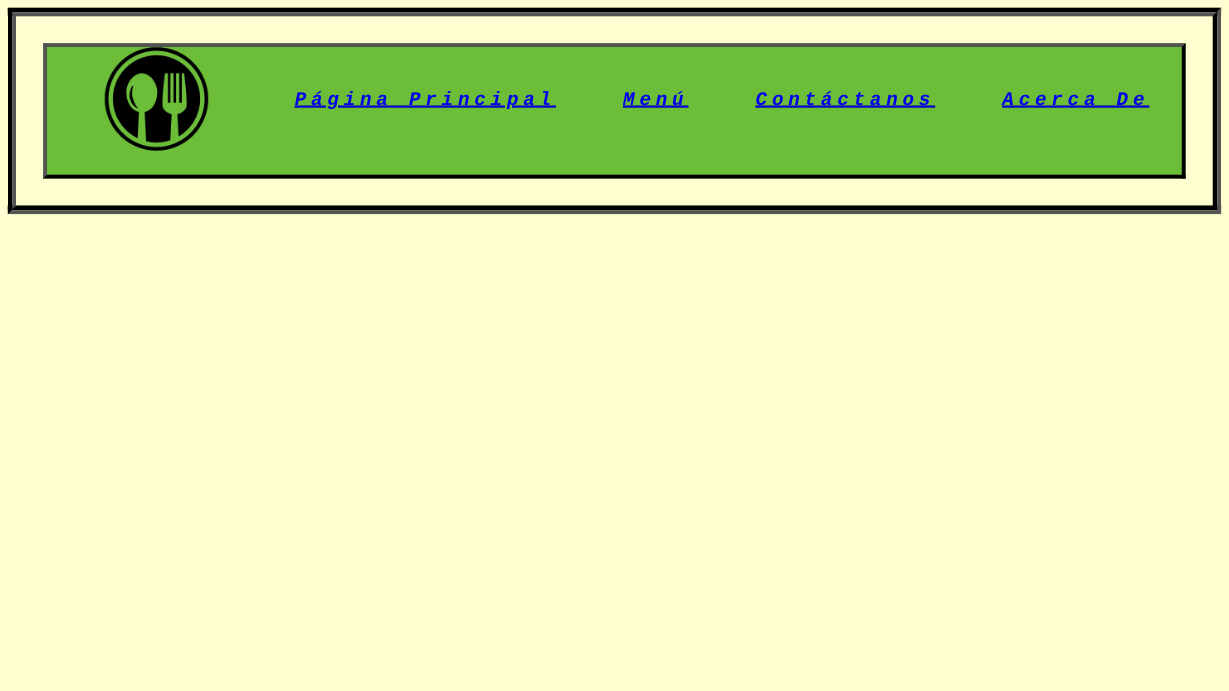
Repository: UVMCoyoacan/eq06_sitio1
Page: Carpeta docs/acercade.html
The author's editor kept a copy of each file at every save. The page is drawn from the files as they stood at one save, then again after the next save.
The browser window is 1280 px wide. The pictures show the whole page, at 96% of full size.

Above is the page before, as saved 2024-03-08 10:34:08.

### Carpeta docs/acercade.html
<!DOCTYPE html>
<html>
    <head>
        <link rel="stylesheet" href="../Carpeta estilos/estilo1.css"/>
        <meta charset="utf-8" />
    </head>
    <body>
        <header id="parte_inicial" role="banner">
            <div class="encabezado" style="display: flex;   flex-wrap: wrap;">
                    <div style="flex-wrap:wrap ;">
                    <img width="108" height="108" src="../Carpeta ims/tres.png" onclick="redirigirIndex()" style="text-align: left; cursor:pointer;";>
                    </div>
            <div style="display: flex;   flex-wrap: wrap;">
            <ul >
                <li><a href="../index.html">Página principal</a></li>
                <li><a href="menu.html">Menú</a></li>
                <li><a href="contactos.html">Contáctanos</a></li>
                <li style="float:right"><a class="active" href="#">Acerca de</a></li>
            </ul>
        </div>
            </div>

        </header>
    </body>
    <script src="../Carpeta js/js1.js">
    </script>
</html>

### Carpeta estilos/estilo1.css
body{
  background-color:#fefec0be;
  font-size:20px;
  font-family:Courier;
  font-weight:bold;
  font-style:normal;
  line-height:30px;
  letter-spacing:5px;
  padding: 28px;
  text-transform:capitalize;
  text-align:left;
  text-indent:30px;
  border-style:groove;
  border-color: #000000;
  border-width: .8ch;


}
header{
  background-color:#6cbe39;
  font-size:20px;
  font-family:Courier;
  font-weight:bold;
  font-style:italic;
  line-height:60px;
  letter-spacing:5px;
  text-transform:capitalize;
  text-align:left;
  text-indent:60px;
  border-style: outset;
  border-color: #000000;
  border-width: .4ch;

}
li {
  display: inline;
  float: left;
  background-color:#6cbe39;
  font-size:20px;
  font-family:Courier;
  font-weight:bold;
  font-style:oblique;
  line-height:30px;
  letter-spacing:5px;
  text-decoration:underline;
  text-transform:capitalize;
  text-align:left;
  text-indent:30px;
  border-style:inherit;
  border-color: #303130;
  padding: 12px;
}


a {
  display: block;
  padding: 8px;
  background-color:#6cbe39;
}
.active {
  background-color:transparent;

}

#titulo{
  text-decoration: overline underline;
  font-size:30px;
  font-style:oblique;

}

p{

    font-size: 30px;
    font-family: Courier;
    font-weight: bold;
    font-style:italic;
    line-height: 30px;
    letter-spacing: 5px;
    text-transform: capitalize;
    text-align: left;
    text-indent: 30px;
    margin-left: auto;
    color: #2e2e2e;
      background-color: #ffffff;


    }

  ol{

      font-size: 20px;
      font-family: Courier;
      font-weight:200;
      font-style: normal;
      line-height: 30px;
      letter-spacing: 5px;
      text-transform: capitalize;
      text-align: left;
      text-indent: 30px;
      color: #2e2e2e;
      padding-left: 40px;
    }
    h1{
      font-size: 30px;
      font-family: Courier;
      font-weight: bold;
      font-style:italic;
      line-height: 30px;
      letter-spacing: 5px;
      text-transform: capitalize;
      text-align: left;
      text-indent: 30px;
      margin-left: auto;
      color: #2e2e2e;
        background-color: #b3e64c;
    }
    h2 {
      font-size: 30px;
      font-family: Arial, sans-serif;
      font-weight: bold;
      font-style: normal;
      line-height: 1.5;
      letter-spacing: 1px;
      text-transform: uppercase;
      text-align: center;
      color: #333333;
      margin-top: 20px;
      margin-bottom: 20px;
    }
    ul{
      font-size: 20px;
      font-family: Courier;
      font-weight:200;
      font-style: normal;
      line-height: 30px;
      letter-spacing: 5px;
      text-transform: capitalize;
      text-align: left;
      text-indent: 30px;
      color: #2e2e2e;
      padding-left: 40px;
    }

### Carpeta js/js1.js
function redirigirIndex() {
    window.location.href = '#';
}

After the next save:
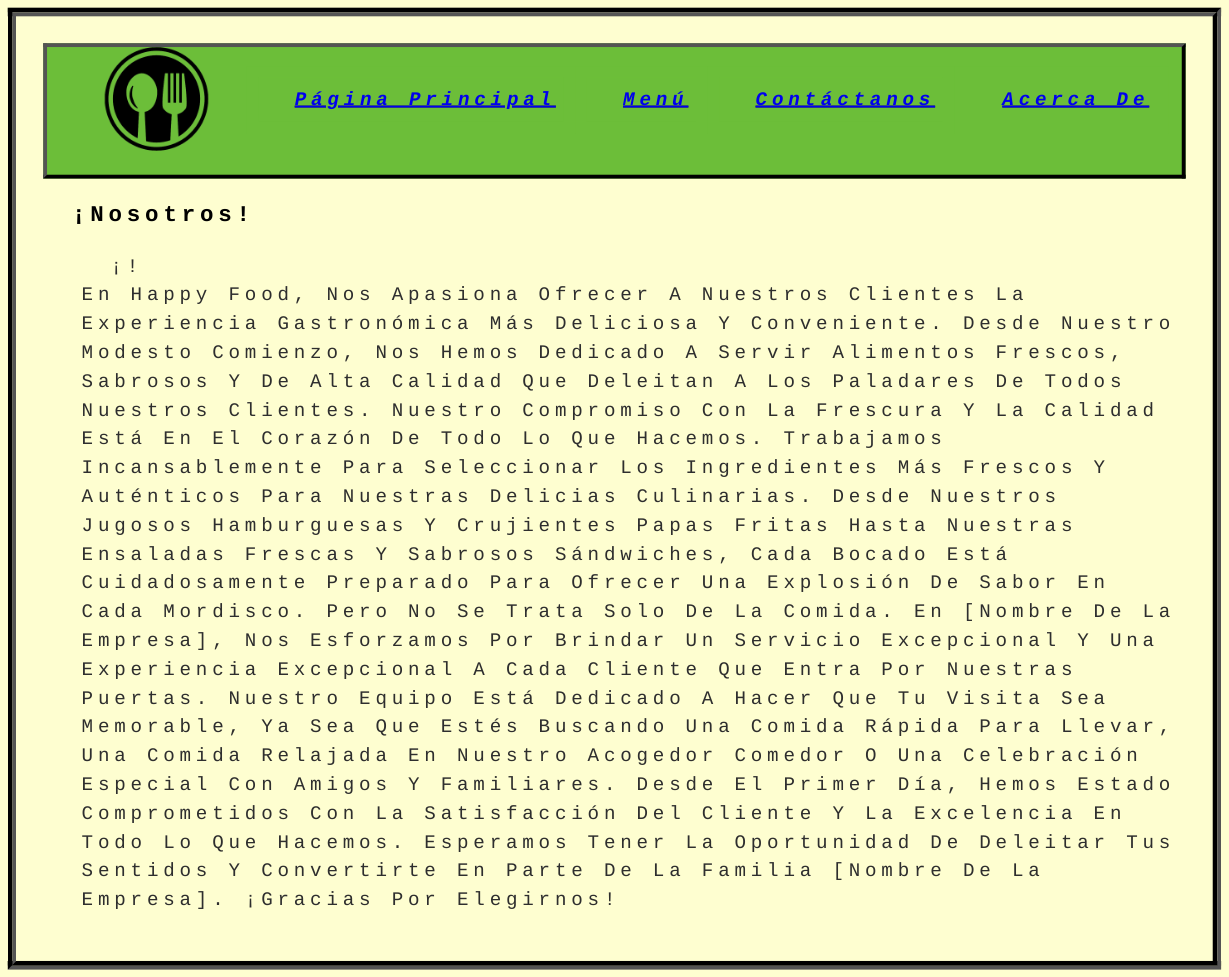
Saved 8 min 16 s later.
--- a/Carpeta docs/acercade.html
+++ b/Carpeta docs/acercade.html
@@ -21,6 +21,24 @@
             </div>
 
         </header>
+        <h3> ¡Nosotros!</h3>
+        <ul>
+
+
+¡!<br>
+
+En Happy Food, nos apasiona ofrecer a nuestros clientes la experiencia gastronómica más deliciosa y conveniente. Desde nuestro modesto comienzo, nos hemos dedicado a servir alimentos frescos, sabrosos y de alta calidad que deleitan a los paladares de todos nuestros clientes.
+
+Nuestro compromiso con la frescura y la calidad está en el corazón de todo lo que hacemos. Trabajamos incansablemente para seleccionar los ingredientes más frescos y auténticos para nuestras delicias culinarias. Desde nuestros jugosos hamburguesas y crujientes papas fritas hasta nuestras ensaladas frescas y sabrosos sándwiches, cada bocado está cuidadosamente preparado para ofrecer una explosión de sabor en cada mordisco.
+
+Pero no se trata solo de la comida. En [Nombre de la Empresa], nos esforzamos por brindar un servicio excepcional y una experiencia excepcional a cada cliente que entra por nuestras puertas. Nuestro equipo está dedicado a hacer que tu visita sea memorable, ya sea que estés buscando una comida rápida para llevar, una comida relajada en nuestro acogedor comedor o una celebración especial con amigos y familiares.
+
+Desde el primer día, hemos estado comprometidos con la satisfacción del cliente y la excelencia en todo lo que hacemos. Esperamos tener la oportunidad de deleitar tus sentidos y convertirte en parte de la familia [Nombre de la Empresa].
+
+¡Gracias por elegirnos!
+
+
+        </ul>
     </body>
     <script src="../Carpeta js/js1.js">
     </script>
